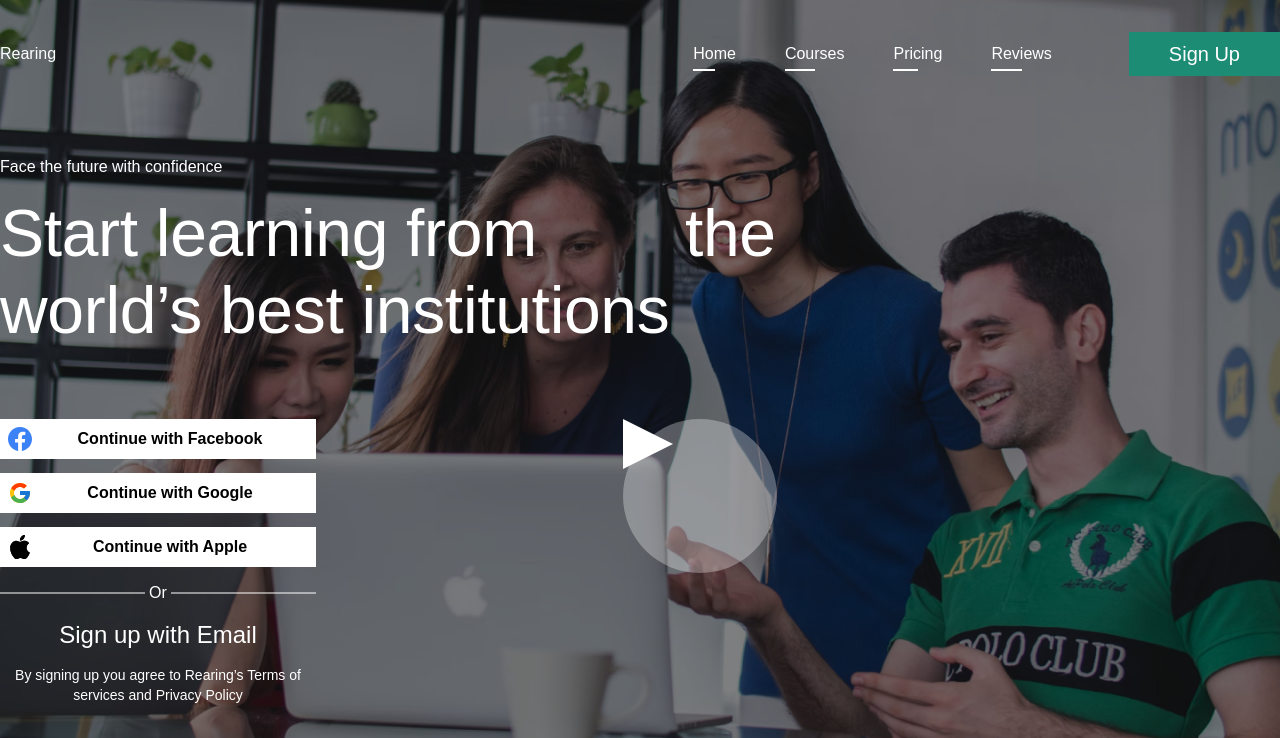
Repository: vandangnhathung/educationplatform
Page: /
The author's editor kept a copy of each file at every save. The page is drawn from the files as they stood at one save, then again after the next save.
The browser window is 1280 px wide. The pictures show the whole page.
The project was rebuilt for these pictures with package versions that can differ from the ones it lists, and the page was loaded fresh each time.

Above is the page before, as saved 2022-06-21 00:12:52.

### src/index.js
import React from "react";
import ReactDOM from "react-dom/client";
import App from "./App";
import reportWebVitals from "./reportWebVitals";
import "./index.css";
const root = ReactDOM.createRoot(document.getElementById("root"));
root.render(
  <React.StrictMode>
    <App />
  </React.StrictMode>
);

// If you want to start measuring performance in your app, pass a function
// to log results (for example: reportWebVitals(console.log))
// or send to an analytics endpoint. Learn more: https://bit.ly/CRA-vitals
reportWebVitals();

### src/App.js
import Header from "./components/Header";

function App() {
  return (
    <>
      <Header></Header>
    </>
  );
}

export default App;

### src/index.css
@tailwind base;
@tailwind components;
@tailwind utilities;
@import url("https://fonts.googleapis.com/css2?family=Urbanist:wght@100;200;300;400;500;600;700;800&display=swap");
*,
*::before,
*::after {
  box-sizing: border-box;
}
* {
  margin: 0;
  padding: 0;
}

html,
body {
  height: 100%;
}
body {
  line-height: 1.5;
  font-family: "Urbanist", sans-serif;
}

img,
picture,
video,
canvas,
svg {
  display: block;
  max-width: 100%;
}
input,
button,
textarea,
select {
  font: inherit;
  outline: none;
}
p,
h1,
h2,
h3,
h4,
h5,
h6 {
  overflow-wrap: break-word;
}

.container {
  max-width: 1280px;
  margin: 0 auto;
  width: 100%;
}

.active {
  position: relative;
}

.active::before {
  content: "";
  display: block;
  position: absolute;
  bottom: -5px;
  width: 50%;
  padding: 1px;
  left: 0;
  background-color: #fff;
}

### src/components/Header.js
import React, { useEffect } from "react";
import headerImg from "../images/Images.png";
import SignInSocial from "./button/SignInSocial";
import { FcGoogle } from "react-icons/fc";
import { BsApple } from "react-icons/bs";
import styled from "styled-components";

const HeaderStyles = styled.header`
  .text-or {
    color: white;
    position: relative;
    &:before {
      content: "";
      height: 1px;
      width: calc(50% - 13px);
      background-color: white;
      position: absolute;
      top: 50%;
      transform: translateY(-50%);
      right: 0;
    }
    &:after {
      content: "";
      height: 1px;
      width: calc(50% - 13px);
      background-color: white;
      position: absolute;
      top: 50%;
      transform: translateY(-50%);
      left: 0;
    }
  }
`;
const Header = () => {
  const headerNav = [
    {
      id: 1,
      title: "Home",
    },
    {
      id: 2,
      title: "Courses",
    },
    {
      id: 3,
      title: "Pricing",
    },
    {
      id: 4,
      title: "Reviews",
    },
  ];
  return (
    <HeaderStyles>
      <div className="relative">
        <img src={headerImg} alt="header_img" className="w-full" />
        <div className="absolute inset-0 bg-black opacity-50"></div>
        <div class="absolute top-0  left-0 right-0 ">
          <div class="container">
            <div className="pt-8 mb-[79px] header-top text-white flex items-center justify-between">
              <h1 className="">Rearing</h1>
              <div className="flex items-center">
                <nav className="mr-[77px]">
                  <ul className="flex items-center  gap-x-[49px] ">
                    {headerNav.map((item) => (
                      <li className="active cursor-pointer" key={item.id}>
                        {item.title}
                      </li>
                    ))}
                  </ul>
                </nav>
                <button className="py-2 px-10 bg-[#1D8C74] text-white text-xl ">
                  Sign Up
                </button>
              </div>
            </div>

            <div className="slogan text-white mb-[70px]">
              <h3 className="text-base mb-4">
                Face the future with confidence
              </h3>
              <h1 className="desc max-w-[777px] text-[66px] leading-[77px] w-full tracking-[-0.02rem] font-medium">
                Start learning from{" "}
                <span className="inline-block mr-28 "></span>{" "}
                <p className="inline-block">the</p> world’s best institutions
              </h1>
            </div>

            <div class="flex items-start">
              <div className="signup max-w-[316px] text-center mr-[307px]">
                <SignInSocial name="Facebook"></SignInSocial>
                <SignInSocial
                  name="Google"
                  icon={<FcGoogle></FcGoogle>}
                ></SignInSocial>
                <SignInSocial
                  name="Apple"
                  icon={<BsApple style={{ color: "#000" }}></BsApple>}
                ></SignInSocial>
                <p className="text-or mb-[14px] ">Or</p>
                <div class="text-center text-white flex flex-col gap-y-[14px]">
                  <p className="text-2xl">Sign up with Email</p>
                  <p className="text-sm">
                    By signing up you agree to Rearing’s Terms of services and
                    Privacy Policy{" "}
                  </p>
                </div>
              </div>
              <div className="play cursor-pointer">
                <div className="w-[154px] h-[154px] rounded-full bg-[#fff]/[0.3] hover:bg-[#ccc]/[1] transition-all duration-400 ease-linear relative">
                  <div className="play absolute w-[50px] h-[50px] border-[25px] border-transparent border-l-white border-l-[50px]"></div>
                </div>
              </div>
            </div>
          </div>
        </div>
      </div>
    </HeaderStyles>
  );
};

export default Header;

### src/components/button/SignInSocial.js
import React from "react";
import styled from "styled-components";
import { BsFacebook } from "react-icons/bs";

const SignInSocialStyles = styled.div`
  display: flex;
  align-items: center;
  padding: 8px;
  background-color: #fff;
  max-width: 316px;
  width: 100%;
  font-size: 16px;
  font-weight: 600;
  cursor: pointer;
  margin-bottom: 14px;
`;
const SignInSocial = ({ name = "", icon = <BsFacebook></BsFacebook> }) => {
  return (
    <SignInSocialStyles>
      <span className="inline-block text-blue-500 text-2xl">{icon}</span>
      <p className="m-auto">Continue with {name}</p>
    </SignInSocialStyles>
  );
};

export default SignInSocial;

Loaded but not shown: public/index.html (common file); src/reportWebVitals.js (common file); tailwind.config.js (common file)

After the next save:
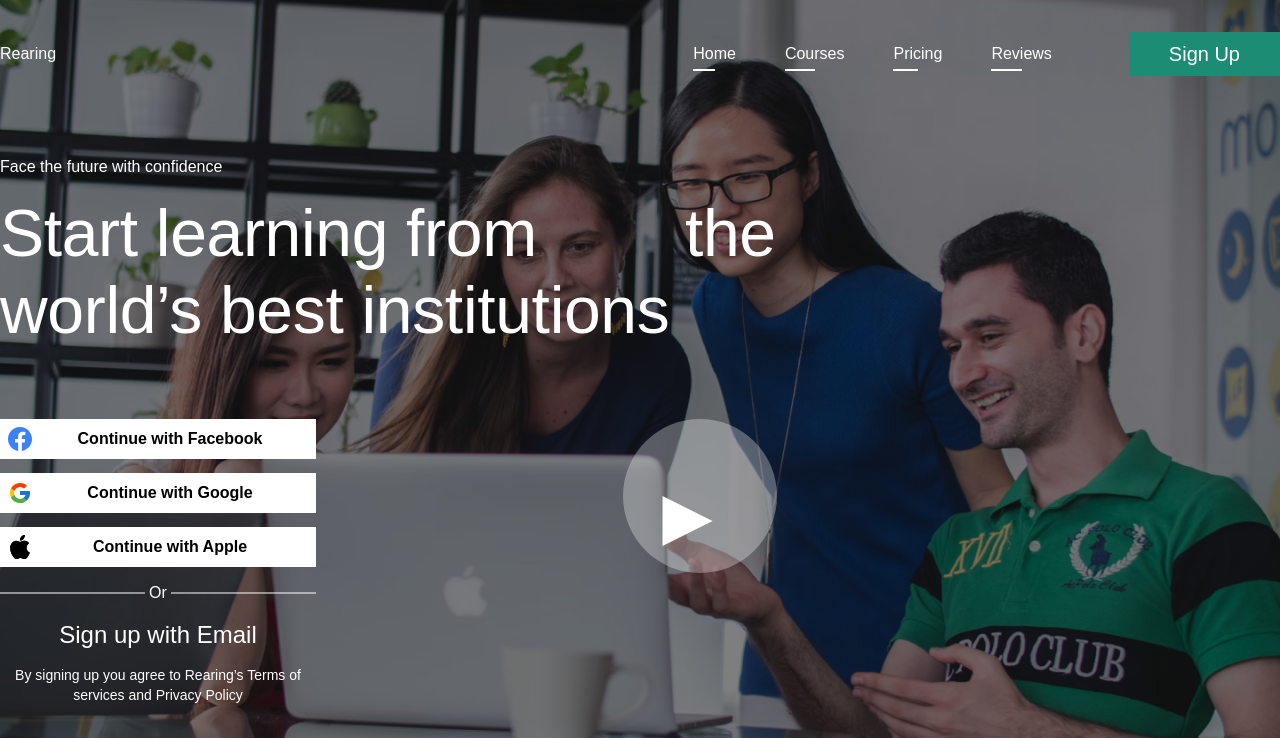
Saved 47 s later.
--- a/src/components/Header.js
+++ b/src/components/Header.js
@@ -108,7 +108,7 @@ const Header = () => {
               </div>
               <div className="play cursor-pointer">
                 <div className="w-[154px] h-[154px] rounded-full bg-[#fff]/[0.3] hover:bg-[#ccc]/[1] transition-all duration-400 ease-linear relative">
-                  <div className="play absolute w-[50px] h-[50px] border-[25px] border-transparent border-l-white border-l-[50px]"></div>
+                  <div className="play absolute w-[50px] h-[50px] border-[25px] border-transparent border-l-white border-l-[50px] top-1/2 -translate-x-1/2 left-1/2 -translate-x-1/2"></div>
                 </div>
               </div>
             </div>
